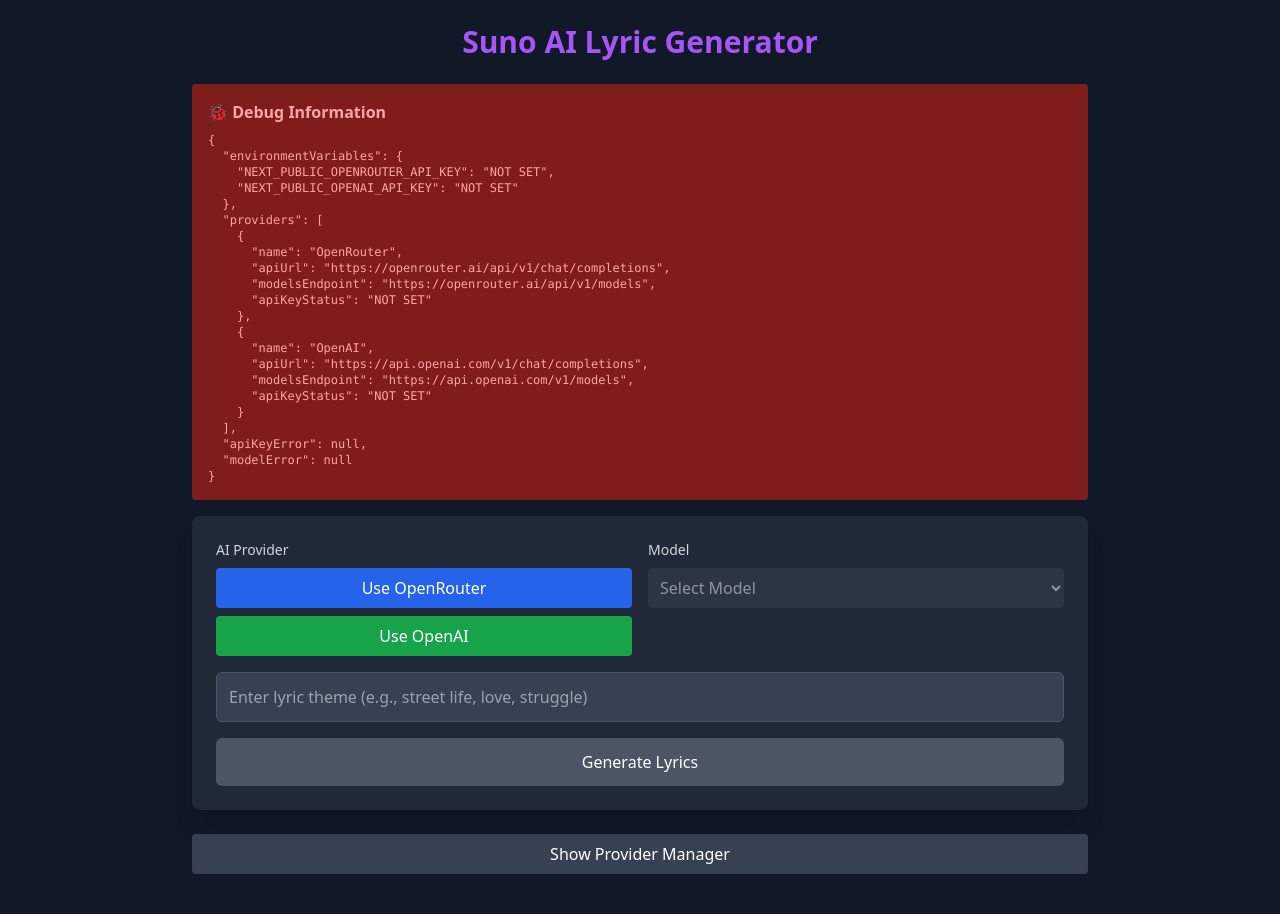
Repository: rustyorb/suno-ai-lyric-generator
Page: /
An editor plug-in stored every save of this project. The page is shown before and after the next save, followed by the edit.
The browser window is 1280 px wide. The pictures show the whole page.
The project was rebuilt for these pictures with package versions that can differ from the ones it lists, and the page was loaded fresh each time. The framework's server and built-in components were replaced by stand-ins that run in the browser. Also part of the build but not shown: next.config.js, src/app/components/ProviderManager.tsx.

Above is the page before, as saved 2025-01-16 08:00:09.

After the next save:
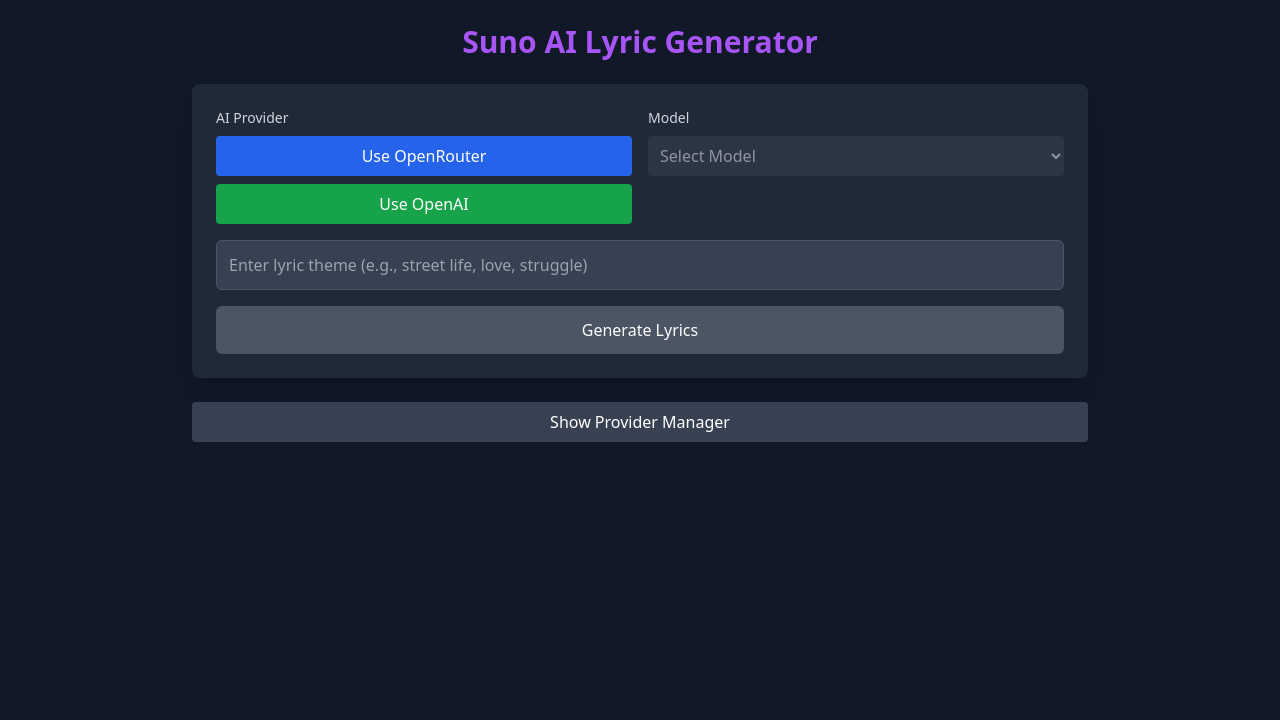
Saved 4 min 39 s later.
--- a/src/app/page.tsx
+++ b/src/app/page.tsx
@@ -268,14 +268,6 @@
         <h1 className="text-3xl font-bold text-center mb-6 text-purple-500">
           Suno AI Lyric Generator
         </h1>
-
-        {/* Debug Information */}
-        <div className="bg-red-900 text-red-300 p-4 mb-4 rounded">
-          <h2 className="font-bold mb-2">🐞 Debug Information</h2>
-          <pre className="text-xs whitespace-pre-wrap">
-            {JSON.stringify(debugInfo, null, 2)}
-          </pre>
-        </div>
 
         <div className="bg-gray-800 p-6 rounded-lg shadow-xl mb-6">
           <div className="grid grid-cols-2 gap-4 mb-4">
